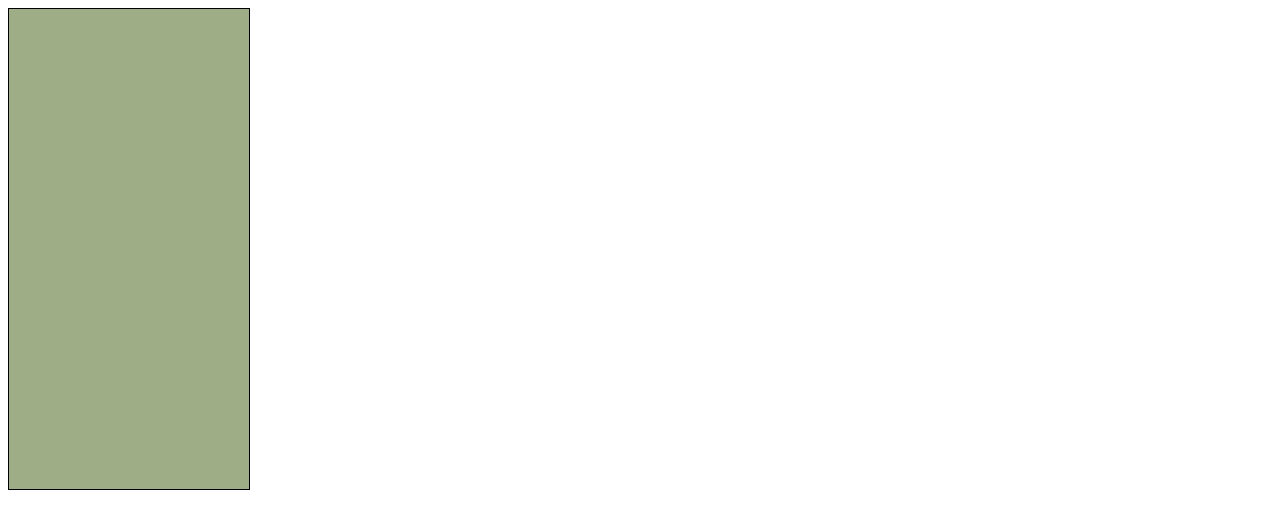
Repository: yzarc204/tetris-web
Page: index.html
An editor plug-in stored every save of this project. The page is shown before and after a run of saves, followed by the edit.
The browser window is 1280 px wide. The pictures show the whole page.

Above is the page before, as saved 2021-09-20 18:58:33.

After the next 2 saves:
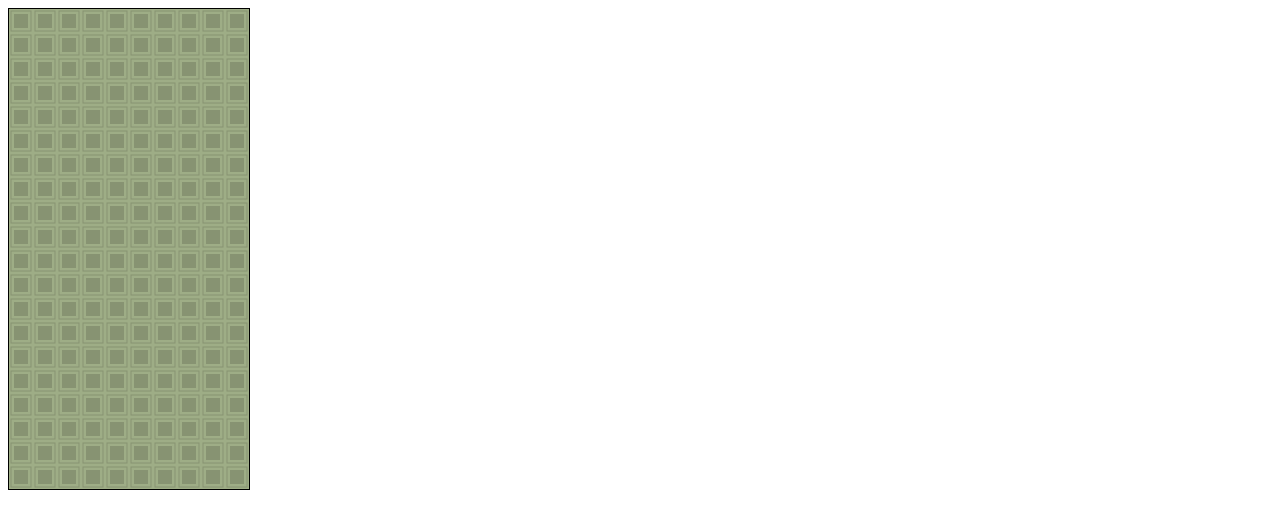
The 2 saves are shown as one change because they came seconds apart.
The last was saved 10 s later.
--- a/js/game.js
+++ b/js/game.js
@@ -30,9 +30,9 @@ class Tetris {
     }
 
     loop() {
+        this.clrscr();
         this.update();
         this.draw();
-        this.clrscr();
     }
 
     update() {
